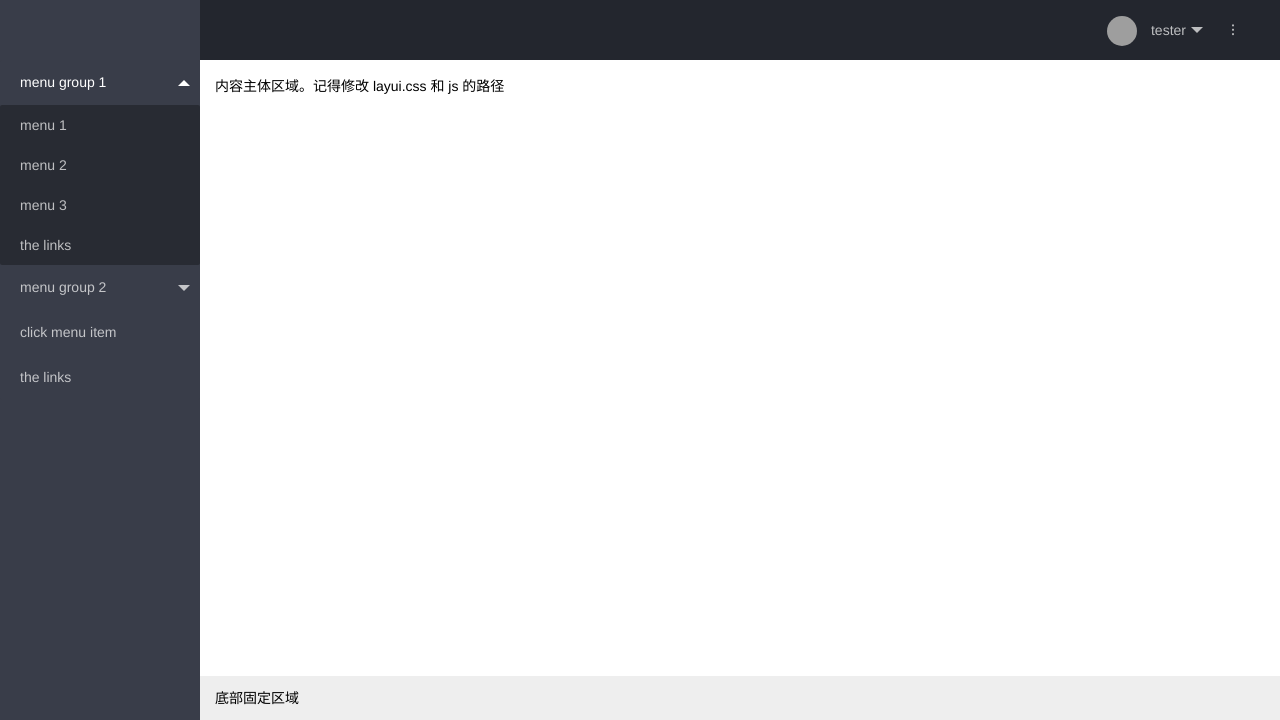
Repository: R1Deemo/Main-project
Page: index.html
These files come from the project's save history. The page is drawn as it stood at one moment and after the next save; the edit follows.
The browser window is 1280 px wide. The pictures show the whole page.
Pictures or frames that could not be fetched are drawn as grey boxes.

Above is the page before, as saved 2022-10-30 17:09:57.

### index.html
<!DOCTYPE html>
<html>

<head>
    <meta charset="utf-8">
    <meta name="viewport" content="width=device-width, initial-scale=1, maximum-scale=1">
    <title>layout 管理系统大布局 - Layui</title>
    <link rel="stylesheet" href="/assets/lib/layui/css/layui.css">
</head>

<body>
    <div class="layui-layout layui-layout-admin">
        <div class="layui-header">
            <div class="layui-logo layui-hide-xs layui-bg-black" id="logo"></div>
            <!-- 头部区域（可配合layui 已有的水平导航） -->
            <ul class="layui-nav layui-layout-left">
                <!-- 移动端显示 -->
                <li class="layui-nav-item layui-show-xs-inline-block layui-hide-sm" lay-header-event="menuLeft">
                    <i class="layui-icon layui-icon-spread-left"></i>
                </li>


                <li class="layui-nav-item">

                    <dl class="layui-nav-child">
                        <dd><a href="">menu 11</a></dd>
                        <dd><a href="">menu 22</a></dd>
                        <dd><a href="">menu 33</a></dd>
                    </dl>
                </li>
            </ul>
            <ul class="layui-nav layui-layout-right">
                <li class="layui-nav-item layui-hide layui-show-md-inline-block">
                    <a href="javascript:;">
                        <img src="//tva1.sinaimg.cn/crop.0.0.118.118.180/5db11ff4gw1e77d3nqrv8j203b03cweg.jpg" class="layui-nav-img"> tester
                    </a>
                    <dl class="layui-nav-child">
                        <dd><a href="">Your Profile</a></dd>
                        <dd><a href="">Settings</a></dd>
                        <dd><a href="">Sign out</a></dd>
                    </dl>
                </li>
                <li class="layui-nav-item" lay-header-event="menuRight" lay-unselect>
                    <a href="javascript:;">
                        <i class="layui-icon layui-icon-more-vertical"></i>
                    </a>
                </li>
            </ul>
        </div>

        <div class="layui-side layui-bg-black">
            <div class="layui-side-scroll">
                <!-- 左侧导航区域（可配合layui已有的垂直导航） -->
                <ul class="layui-nav layui-nav-tree" lay-filter="test">
                    <li class="layui-nav-item layui-nav-itemed">
                        <a class="" href="javascript:;">menu group 1</a>
                        <dl class="layui-nav-child">
                            <dd><a href="javascript:;">menu 1</a></dd>
                            <dd><a href="javascript:;">menu 2</a></dd>
                            <dd><a href="javascript:;">menu 3</a></dd>
                            <dd><a href="">the links</a></dd>
                        </dl>
                    </li>
                    <li class="layui-nav-item">
                        <a href="javascript:;">menu group 2</a>
                        <dl class="layui-nav-child">
                            <dd><a href="javascript:;">list 1</a></dd>
                            <dd><a href="javascript:;">list 2</a></dd>
                            <dd><a href="">超链接</a></dd>
                        </dl>
                    </li>
                    <li class="layui-nav-item"><a href="javascript:;">click menu item</a></li>
                    <li class="layui-nav-item"><a href="">the links</a></li>
                </ul>
            </div>
        </div>

        <div class="layui-body">
            <!-- 内容主体区域 -->
            <div style="padding: 15px;">内容主体区域。记得修改 layui.css 和 js 的路径</div>
        </div>

        <div class="layui-footer">
            <!-- 底部固定区域 -->
            底部固定区域
        </div>
    </div>
    <script src="/assets/lib/layui/layui.all.js"></script>

</body>

</html>

### assets/css/index.css
#logo {
    background: url(/assets/images/logo.png) no-repeat center;
}

Loaded but not shown: assets/lib/layui/css/layui.css (library); assets/lib/layui/layui.all.js (library); assets/lib/layui/css/modules/laydate/default/laydate.css (library); assets/lib/layui/css/modules/layer/default/layer.css (library); assets/lib/layui/css/modules/code.css (common file)

After the next save:
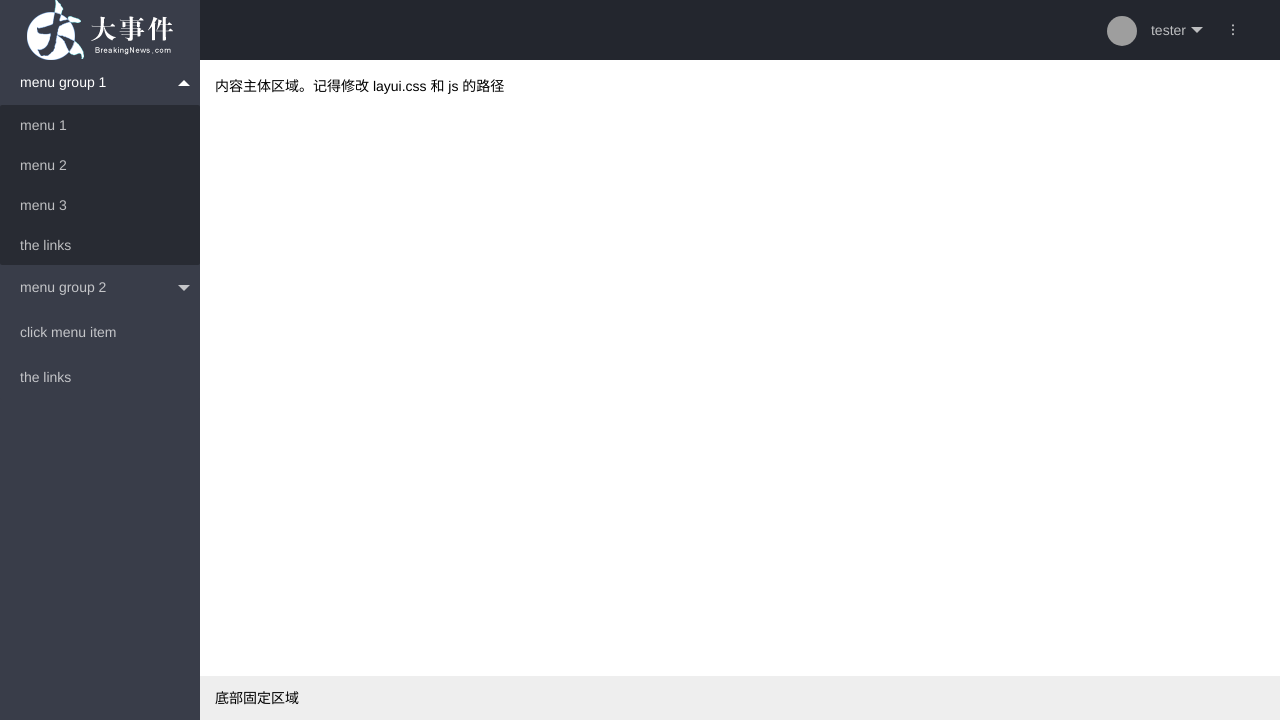
Saved 39 s later.
--- a/index.html
+++ b/index.html
@@ -6,6 +6,7 @@
     <meta name="viewport" content="width=device-width, initial-scale=1, maximum-scale=1">
     <title>layout 管理系统大布局 - Layui</title>
     <link rel="stylesheet" href="/assets/lib/layui/css/layui.css">
+    <link rel="stylesheet" href="/assets/css/index.css">
 </head>
 
 <body>
